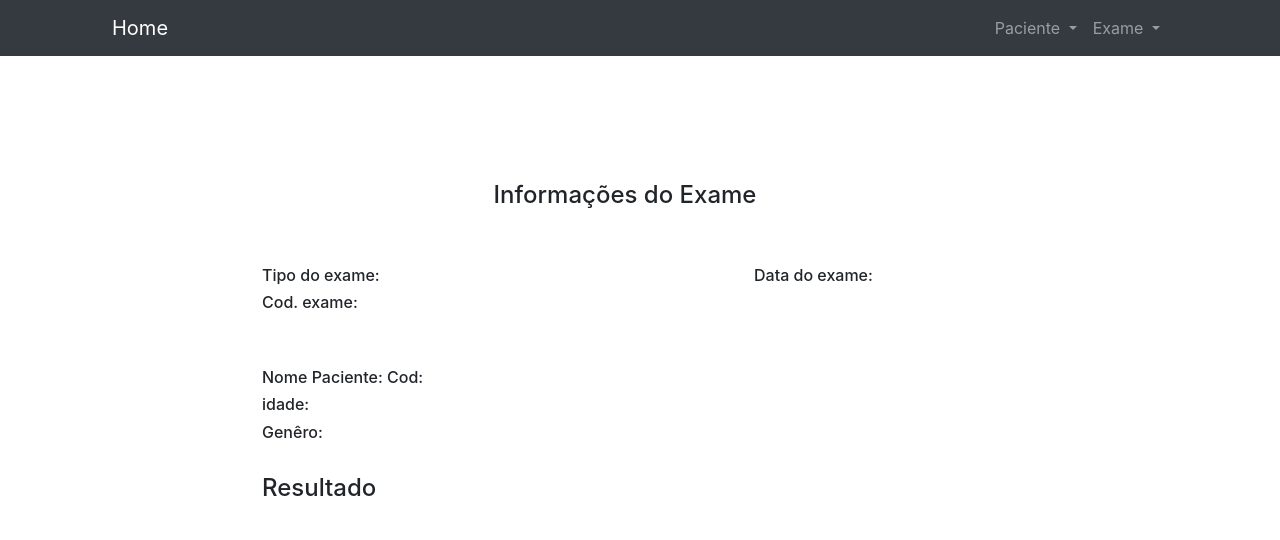
Repository: noobDevPRB/struts2_project
Page: http://localhost/Projeto_SOCTest/WEB-INF/jsp/exame/visualizar.jsp
These files come from the project's save history. The page is drawn as it stood at one moment and after the next save; the edit follows.
The browser window is 1280 px wide. The pictures show the whole page.
The page is served by Tomcat 9. Nobody is signed in. Other server files are loaded and not shown. The template is opened directly, without the code that normally fills it, so the values that code supplies are empty.

Above is the page before, as saved 2020-10-18 18:57:35.

### Projeto_SOCTest/WebContent/WEB-INF/jsp/exame/visualizar.jsp
<%@ page language="java" contentType="text/html; charset=ISO-8859-1" pageEncoding="ISO-8859-1"%>

<!DOCTYPE html>
<html>
<head>
<meta charset="ISO-8859-1">
	<meta charset="utf-8">
	<meta name="viewport" content="width=device-width, initial-scale=1, shrink-to-fit=no">
	<title>Soc Teste</title>
</head>
<body>

	<%@ include file="navBar.jsp"%>

	<div class="container custon-transley">
		<div class="row justify-content-center pb-5">
			<h4>Informações do Exame</h4>
		</div>
	  	<div class="row">
	  		<div class="col-lg-12 justify-content-center pl-5 ml-5">
			    <div class="container pl-lg-5 ml-lg-5">
					<div class="row">
						<div class="col">
							<h6>Tipo do exame: ${exame.nm_exame}</h6>
							<h6>Cod. exame: ${exame.id}</h6>
						</div>
						<div class="col">
							<h6>Data do exame: ${exame.exm_data}</h6>
						</div>
					</div>

					<div class="row pt-5">
						<div class="col">
							<h6>Nome Paciente: ${exame.examePaciente.nm_cmplt} Cod: ${exame.examePaciente.id}</h6>
						</div>
						<div class="col">
							<h6></h6>
						</div>
					</div>

					<div class="row">
						<div class="col">
							<h6>idade: ${exame.examePaciente.idade}</h6>
						</div>
						<div class="col">
							<h6>${paciente.idade}</h6>
						</div>
					</div>

					<div class="row">
						<div class="col">
							<h6>Genêro: ${exame.examePaciente.genero}</h6>
						</div>
						<div class="col">
							<h6>${paciente.genero}</h6>
						</div>
					</div>
					<h4 class="py-4">Resultado</h4>
				</div>
				<div class="row">
					<div class="col-lg-12 justify-content-center">
						<h3>${exame.resultado}</h3>
					</div>
				</div>
			</div>
	  	</div>
	</div>
</body>
</html>

### Projeto_SOCTest/WebContent/WEB-INF/jsp/exame/navBar.jsp
<%@ page language="java" contentType="text/html; charset=ISO-8859-1" pageEncoding="ISO-8859-1"%>

<!DOCTYPE html>
<html>
<head>
	<!-- Required meta tags -->
	<meta charset="utf-8">
	<meta name="viewport" content="width=device-width, initial-scale=1, shrink-to-fit=no">
	<!-- Bootstrap CSS -->
  	<link rel="stylesheet" href="https://cdn.jsdelivr.net/npm/bootstrap@4.5.3/dist/css/bootstrap.min.css">
  	<link href="css/style.css" rel="stylesheet">
	<title>Soc Teste</title>
</head>

<body>
	<nav class="navbar navbar-expand-lg navbar-dark bg-dark">
		<a class="navbar-brand pl-5 ml-5" href="http://localhost:8080/Projeto_SOCTest/">Home</a>

		<div class="collapse navbar-collapse" id="navbarSupportedContent">
			<ul class="navbar-nav ml-auto pr-5 mr-5">
				<li class="nav-item dropdown">
					<a class="nav-link dropdown-toggle" href="#" id="navbarDropdown" role="button" data-toggle="dropdown" aria-haspopup="true" aria-expanded="false">
					Paciente
					</a>
					<div class="dropdown-menu" aria-labelledby="navbarDropdown">
						<a class="dropdown-item" href="http://localhost:8080/Projeto_SOCTest/navegarCadastroPaciente">Cadastro</a>
						<a class="dropdown-item" href="http://localhost:8080/Projeto_SOCTest/navegarListagemPacientes">Listagem</a>
					</div>
				</li>
				<li class="nav-item dropdown">
					<a class="nav-link dropdown-toggle" href="#" id="navbarDropdown" role="button" data-toggle="dropdown" aria-haspopup="true" aria-expanded="false">
					Exame
					</a>
					<div class="dropdown-menu" aria-labelledby="navbarDropdown">
						<a class="dropdown-item" href="http://localhost:8080/Projeto_SOCTest/navegarCadastroExame">Cadastro</a>
						<a class="dropdown-item" href="http://localhost:8080/Projeto_SOCTest/navegarListagemExames">Listagem</a>
					</div>
				</li>
			</ul>
		</div>
	</nav>
</body>
<script src="https://code.jquery.com/jquery-3.5.1.slim.min.js"></script>
<script src="https://cdn.jsdelivr.net/npm/bootstrap@4.5.3/dist/js/bootstrap.bundle.min.js"></script>
</html>

### Projeto_SOCTest/WebContent/css/style.css
* {
	box-sizing: border-box;
	margin: 0;
	padding: 0;
	outline:0;
	max-width: 100%;
}

html, body {
	min-height:100%;
	height:100%;
	max-width:100%
}

.custon-transley{
	position: relative;
	top: 50%;
	transform: translateY(-65%);
}

.custon-table {
	height: 700px;
	overflow: auto;
}

.botão-transparente{
	color: #007bff;;
	background-color: transparent!important;
	border: 0px!important;
	border-color: transparent!important;

}

.botão-transparente:hover{
	background-color: transparent!important;
	border: 0px!important;
	color: #0056b3;
    text-decoration: underline;
    border-color: transparent!important;
}

After the next save:
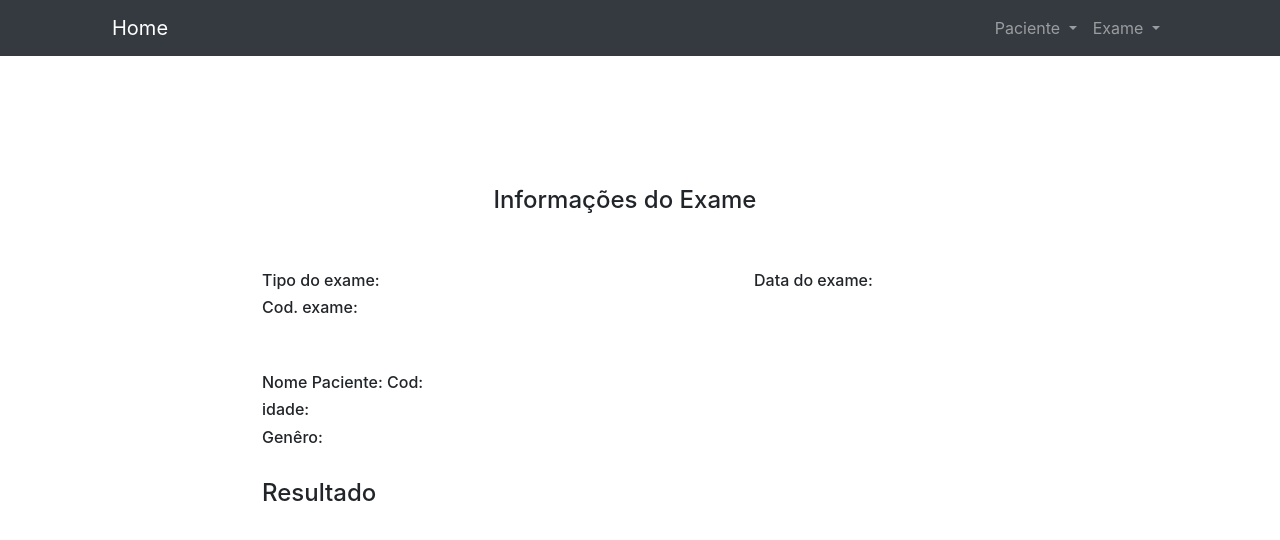
Saved 30 s later.
--- a/Projeto_SOCTest/WebContent/WEB-INF/jsp/exame/visualizar.jsp
+++ b/Projeto_SOCTest/WebContent/WEB-INF/jsp/exame/visualizar.jsp
@@ -56,12 +56,12 @@
 						</div>
 					</div>
 					<h4 class="py-4">Resultado</h4>
-				</div>
-				<div class="row">
+
 					<div class="col-lg-12 justify-content-center">
 						<h3>${exame.resultado}</h3>
 					</div>
 				</div>
+
 			</div>
 	  	</div>
 	</div>
